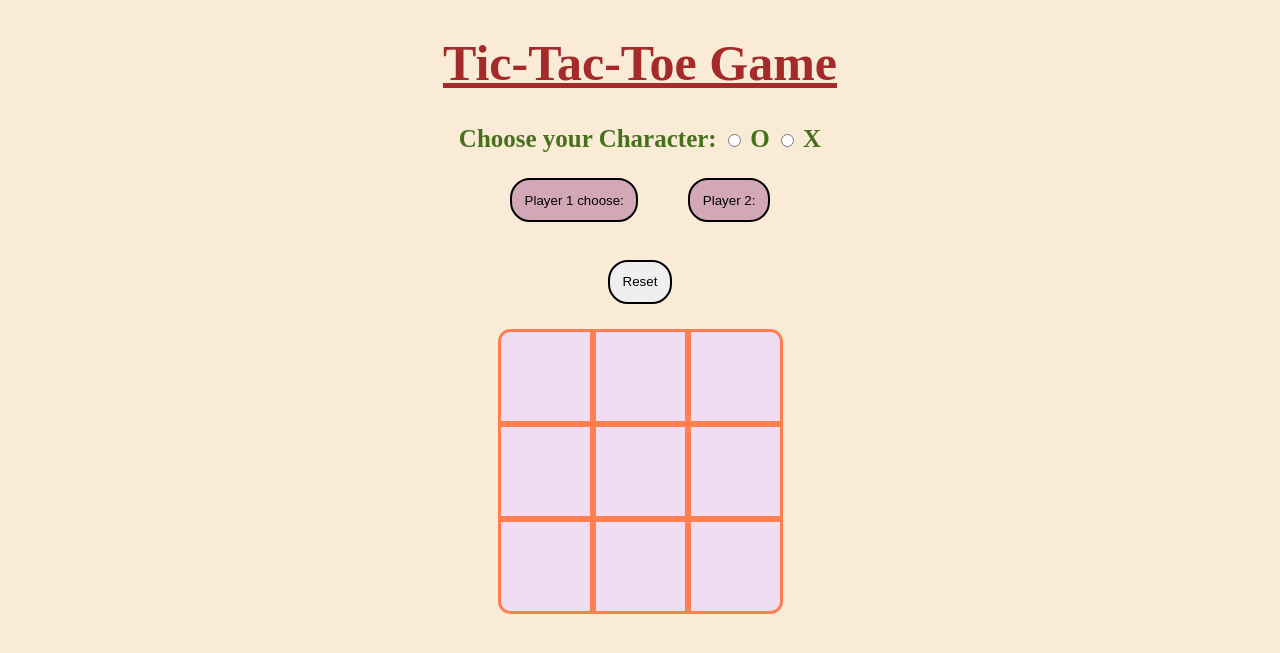
Repository: 0101chaitanya/Tic-Tac-Toe
Page: index.html
The author's editor kept a copy of each file at every save. The page is drawn from the files as they stood at one save, then again after a run of saves.
The browser window is 1280 px wide. The pictures show the whole page.

Above is the page before, as saved 2021-06-12 14:34:12.

### index.html
<!DOCTYPE html>
<html>

<head>
    <meta charset="utf-8">
    <title>Tic-Tac-Toe Game</title>
    <meta name="viewport" content="width=device-width, initial-scale=1">

    <link rel="stylesheet" href="styles.css">
</head>

<body>
    <div id='block1'>
        <h1 id="heading">Tic-Tac-Toe Game</h1>
        <form id='form'>
            Choose your Character:
            <input value="O" name="radio" onclick="eventFun.setUser(this)" type="radio">
            <label for="O">O</label>
            <input value="X" name="radio" onclick="eventFun.setUser(this)" type="radio">
            <label for="X">X</label>

        </form>
        <div id="player">
            <button id='p1' onclick='eventFun.player(`p1`)' type='text'>Player 1 choose:
                <button id='p2' onclick='eventFun.player(`p2`)' type='text'>Player 2:
        </div>
        <button id='reset'>Reset</button>
            <form id="gameSquare">
                <section id="row1">
                    <div id="r1Column1"></div>
                    <div id="rlColumn2"></div>
                    <div id="rlColumn3"></div>
                </section>
                <section id="row2">
                    <div id="r2Column1"></div>
                    <div id="r2Column2"></div>
                    <div id="r2Column3"></div>
                </section>
                <section id="row3">
                    <div id="r3Column1"></div>
                    <div id="r3Column2"></div>
                    <div id="r3Column3"></div>
                </section>
            </form>
        </div>
        <div id="ResultBox">
            <span id="closebtn">&times;</span>
            <strong id="resultOut"></strong>
        </div>

</body>
<script type="text/javascript" src="script.js"></script>

</html>

### styles.css
:root {
    text-align: center;
    font-weight: bold;
}

* {
    box-sizing: border-box;
}

@media screen and (max-width: 400px) {
     :root {
        font-size: 14px;
    }
}

@media screen and (min-width: 401px) and (max-width: 700px) {
     :root {
        font-size: 18px;
    }
}

@media screen and (min-width: 701px) {
     :root {
        font-size: 25px;
    }
}

body {
    color: rgb(70, 112, 27);
    background: antiquewhite;
    font-weight: bold;
}

h1 {
    color: brown;
    text-decoration: underline;
    text-decoration-style: solid;
}

label>input {
    color: red;
    border: 1px solid;
}

#player {
    margin: 1rem auto 1rem auto;
    display: block;
}

#player>button {
    margin: 0rem 1rem 0.5rem 1rem;
    width: fit-content;
    height: fit-content;
    border: 0.1rem solid;
    padding: 0.5rem;
    border-radius: 0.8rem;
    background: rgb(211, 168, 182);
}

#gameSquare {
    width: min-content;
    height: min-content;
    display: block;
    margin: auto;
}

#reset {
    width: min-content;
    height: min-content;
    display: block;
    margin: 0rem auto 1rem;
    border: 0.1rem solid;
    padding: 0.5rem;
    border-radius: 0.8rem;
}

#gameSquare>section:nth-child(n) {
    /* border-style: solid;
     */
    width: min-content;
    height: min-content;
    display: flex;
    justify-content: center;
    align-items: center;
}

#gameSquare>section:nth-child(n)>div:nth-child(n) {
    display: flex;
    margin: auto;
    width: 3.8rem;
    height: 3.8rem;
    border-style: solid;
    border-width: 0.15rem;
    justify-content: center;
    align-items: center;
    font-size: 1.8rem;
    color: coral;
    background-color: rgb(241, 220, 241);
}

#gameSquare>section:nth-child(1)>div:nth-child(1) {
    border-top-left-radius: 0.5rem;
}

#gameSquare>section:nth-child(1)>div:nth-child(3) {
    border-top-right-radius: 0.5rem;
}

#gameSquare>section:nth-child(3)>div:nth-child(1) {
    border-bottom-left-radius: 0.5rem;
}

#gameSquare>section:nth-child(3)>div:nth-child(3) {
    border-bottom-right-radius: 0.5rem;
}

#ResultBox {
    height: fit-content;
    width: 13rem;
    display: none;
    margin-left: auto;
    margin-right: auto;
    margin-top: 3rem;
    position: relative;
    top: -12rem;
    border-color: rgb(162, 162, 192);
    background-color: rgb(15, 44, 138);
    color: white;
    opacity: 1;
    transition: opacity 0.6s;
    margin-bottom: 15px;
    border-radius: 1rem;
    padding: 1rem;
    text-align: center;
}

#resultOut {
    color: #f0e0e4;
    font-weight: bold;
}

#closebtn {
    margin-left: 15px;
    color: white;
    font-weight: bold;
    float: right;
    font-size: 22px;
    line-height: 20px;
    cursor: pointer;
    transition: 0.3s;
}

#closebtn:hover {
    color: rgb(38, 170, 82);
}

#player>div:nth-child(1)>input {
    color: aqua;
}

### script.js
"use strict";

let eventFun = (function() {
    let user1Selection, user2Selection, runningCharacter;

    let runningNumber,
        result;
    let newArray;
    let count;

    let horizontalArray;
    let verticalArray;
    let diagonalArray;
    let array;


    function setUser(given) {
        localStorage.setItem("user1", given.value);

        document.querySelector(`#form`).submit();
    }

    function player(input) {
        //let player$ = document.getElementById(input.value);
        let x = prompt('Enter player name');
        localStorage.setItem(`${input}`, x);
        location.reload();
    }

    function init() {
        runningNumber = 0;
        user1Selection = localStorage.getItem("user1");
        user2Selection =
            user1Selection != null ? (user1Selection === "X" ? "O" : "X") : null;
        runningCharacter = user1Selection;

        (localStorage.getItem("p1") !== null) ? document.getElementById('p1').textContent = localStorage.getItem("p1") + " choose: " + user1Selection: document.getElementById('p1').textContent += ` ` + user1Selection || ' ';
        (localStorage.getItem("p2") !== null) ? document.getElementById('p2').textContent = localStorage.getItem("p2") + " : " + user2Selection: document.getElementById('p2').textContent += ` ` + user2Selection || ' ';

        array = Array.from(
            document.getElementById("gameSquare").querySelectorAll("div")
        );
        newArray = Array(array.length).fill();
        count = 0;

        horizontalArray = undefined;
        verticalArray = undefined;
        diagonalArray = undefined;
        eventListen();
    }

    if (localStorage.getItem("user1") !== null) {
        init();
    }


    function switchRunChar() {
        runningCharacter = runningCharacter === "O" ? "X" : "O";
        runningNumber = runningNumber === 0 ? 1 : 0;
    }

    function arrayCreator(index, incrementer) {
        return [
            newArray[index],
            newArray[index + incrementer],
            newArray[index + 2 * incrementer],
        ];
    }

    function parser(arrayInput) {
        let arr = arrayInput.map((item, index) => {
            let res = item.reduce((stack, item) => {
                stack += item;
                return stack;
            });
            return res;
        });
        return arr;
    }

    function send(input) {
        let block1 = document.getElementById('block1');
        block1.style.filter = 'blur(0.5rem)';
        document.getElementById('ResultBox').style.display = 'block';
        document.getElementById('resultOut').textContent = input;
        let close = document.getElementById('closebtn');
        close.onclick = function() {
            localStorage.clear();
            //  init();
            document.getElementById('gameSquare').submit();
            let div = this.parentElement;
            div.style.opacity = '0';
            setTimeout(function() {
                document.getElementById('ResultBox').style.display = 'none';
                block1.style.filter = 'blur(0.0rem)';

            }, 60);
        };

    }

    function check(input) {
        input.forEach((item) => {
            if (item === 3) {
                result = item;
                send("Player 2 won");
            } else if (item === 0) {
                result = item;
                send("Player 1 won");
            }
        });
    }

    function checkWin() {
        horizontalArray = [
            arrayCreator(0, 1),
            arrayCreator(3, 1),
            arrayCreator(6, 1),
        ];
        verticalArray = [
            arrayCreator(0, 3),
            arrayCreator(1, 3),
            arrayCreator(2, 3),
        ];
        diagonalArray = [arrayCreator(0, 4), arrayCreator(2, 2)];

        let horizontalParsed = parser(horizontalArray);
        let verticalParsed = parser(verticalArray);

        let diagonalParsed = parser(diagonalArray);
        check(horizontalParsed);
        check(verticalParsed);
        check(diagonalParsed);

        if (count == 8) {
            console.table(horizontalArray, verticalArray, diagonalArray);
            console.table({
                horizontalParsed: horizontalParsed,
                verticalParsed: verticalParsed,
                diagonalParsed: diagonalParsed,
            });
            console.table(newArray);
            if (result == undefined) {
                send("draw");
            }
        }
    }

    let setOutput = function(e, index) {
        e.target.textContent = runningCharacter;
        e.target.removeEventListener("click", (e) => setOutput(e));
        newArray.splice(index, 1, runningNumber);
        switchRunChar();
        checkWin();

        count++;
    };

    function eventListen() {
        array.forEach((item, index) => {
            item.textContent = "";
            item.addEventListener("click", (e) => setOutput(e, index), { once: true });
        });
    }
    return { setUser, player };
})();

After the next 2 saves:
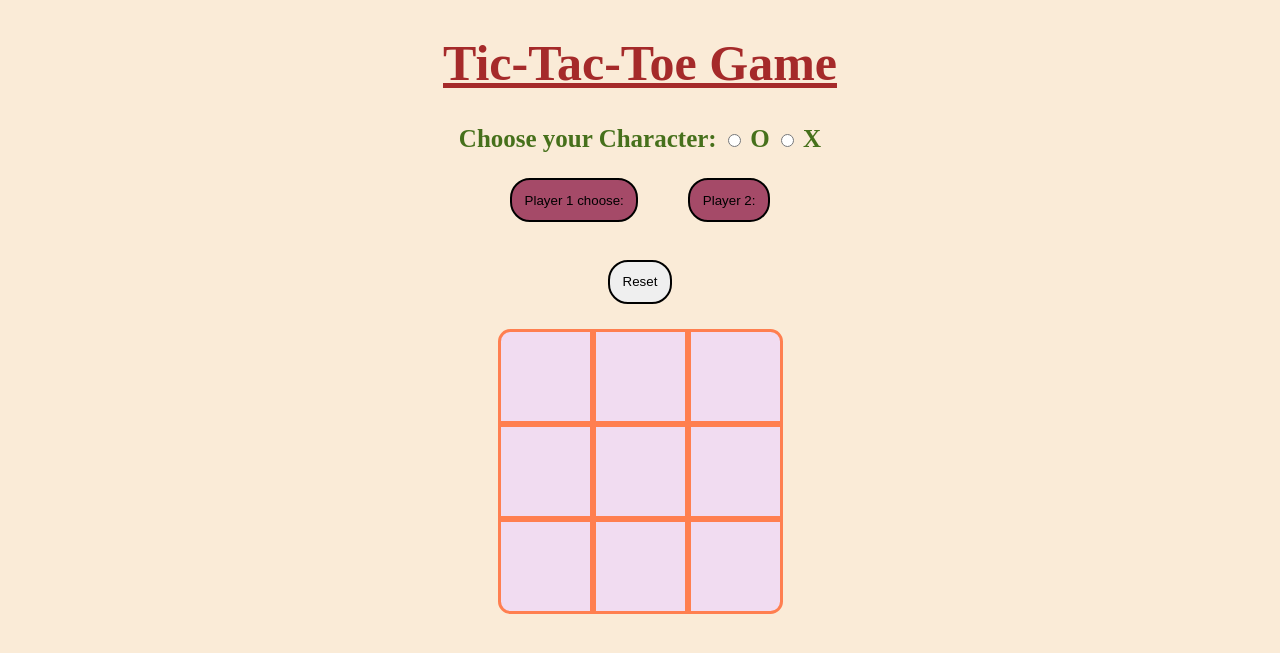
The 2 saves are shown as one change because they came seconds apart.
The last was saved 7 s later.
--- a/styles.css
+++ b/styles.css
@@ -54,7 +54,7 @@ label>input {
     border: 0.1rem solid;
     padding: 0.5rem;
     border-radius: 0.8rem;
-    background: rgb(211, 168, 182);
+    background: rgb(165, 74, 104);
 }
 
 #gameSquare {

After the save that followed:
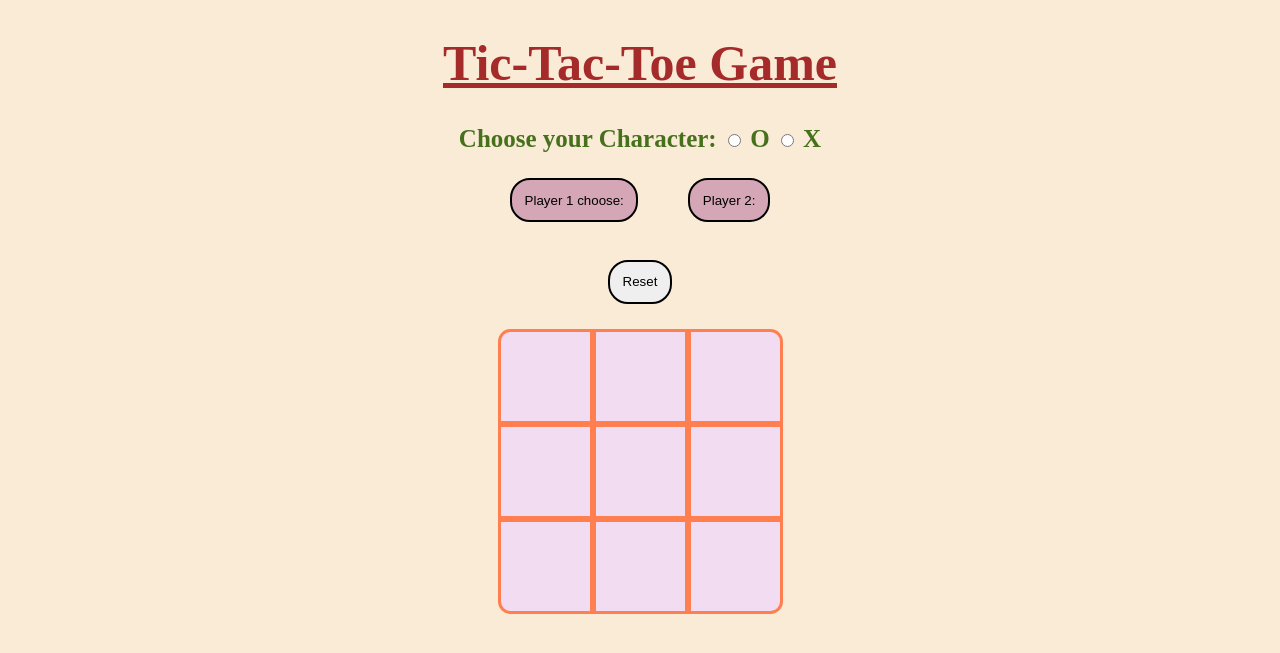
Saved 5 s later.
--- a/styles.css
+++ b/styles.css
@@ -54,7 +54,7 @@ label>input {
     border: 0.1rem solid;
     padding: 0.5rem;
     border-radius: 0.8rem;
-    background: rgb(165, 74, 104);
+    background: rgb(212, 166, 182);
 }
 
 #gameSquare {
